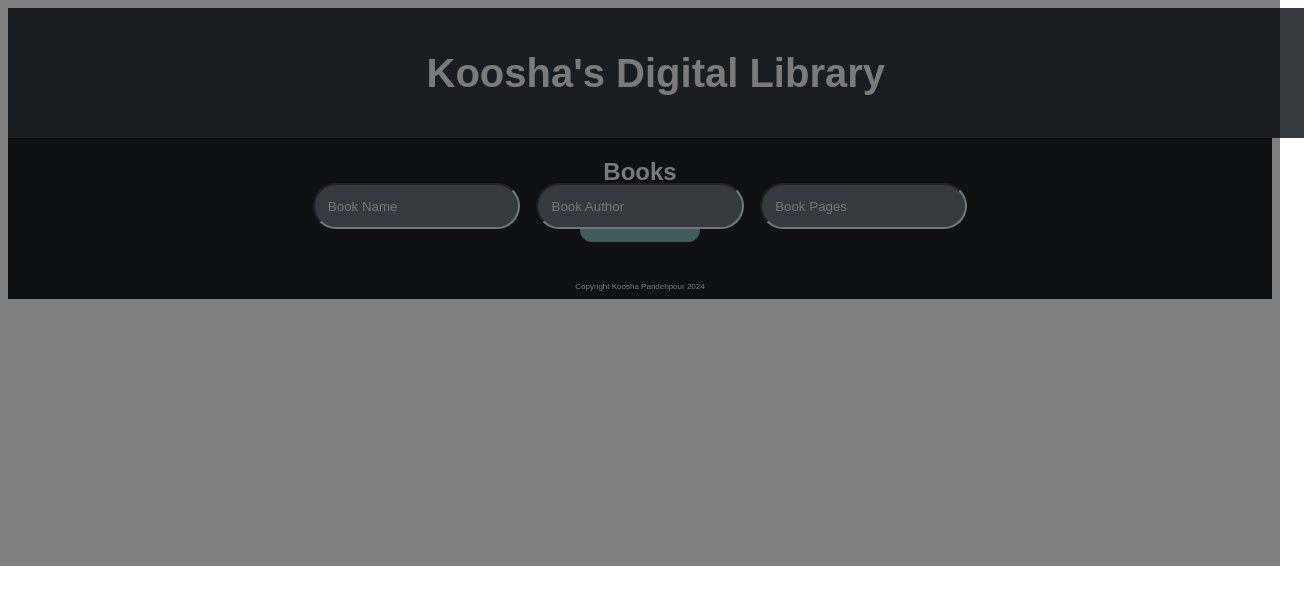
Repository: KooshaPari/odin-TTT
Page: index.html
An editor plug-in stored every save of this project. The page is shown before and after the next save, followed by the edit.
The browser window is 1280 px wide. The page is 1304 px wide, so the pictures cover 1304 px, including what lies to the right of the window. The pictures show the whole page.

Above is the page before, as saved 2024-03-14 21:49:07.
Console error: TypeError: Document.querySelector is not a function

After the next save:
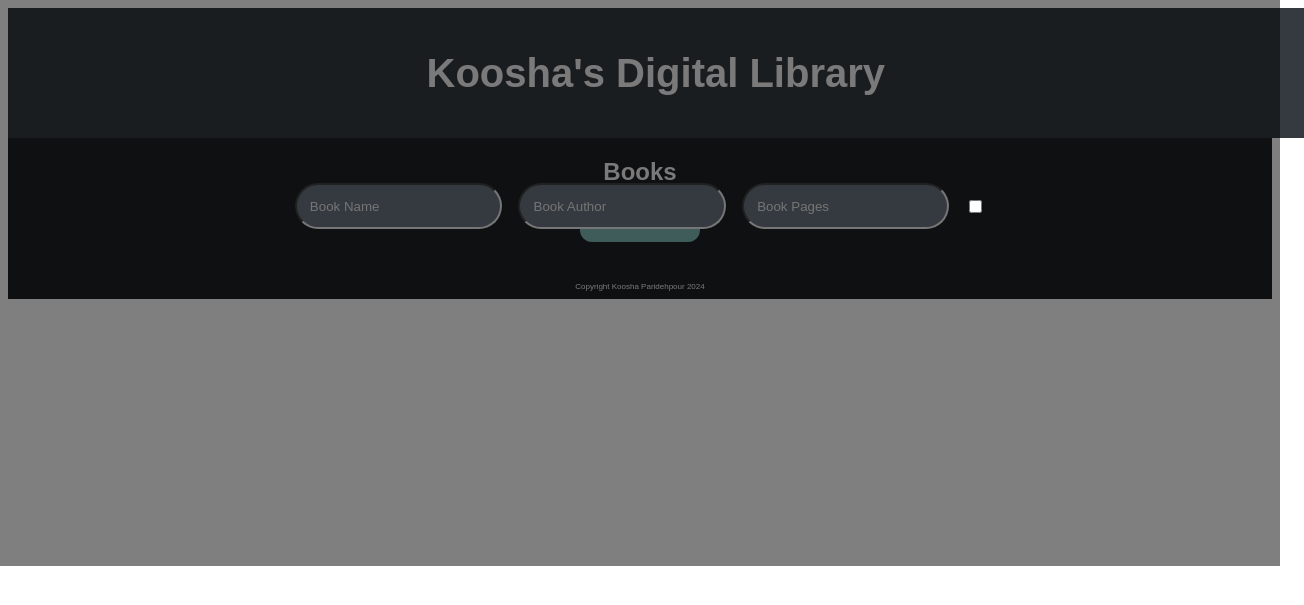
Saved 44 s later.
--- a/style.css
+++ b/style.css
@@ -85,10 +85,5 @@
   -o-border-radius:;
 }
 #bookRead {
-  display: none;
   background-color: red;
-  width: 1em;
-  height: 1em;
-  border-radius: 1em;
-  padding: 4em;
 }
